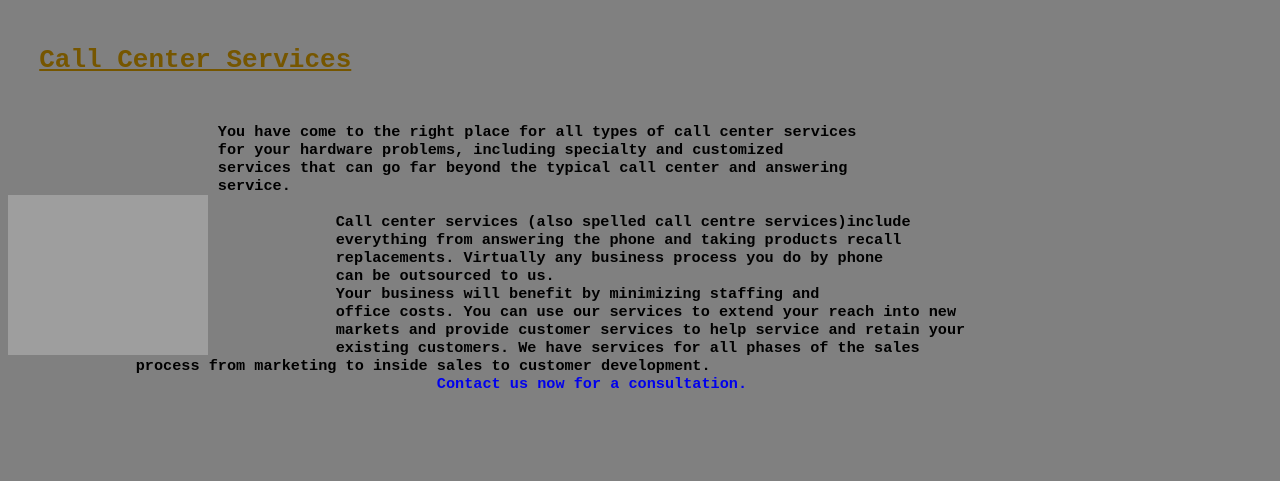
Repository: Ankitr93/CallCenterMgmt
Page: http://localhost/CallCenterManagement/services.jsp
The author's editor kept a copy of each file at every save. The page is drawn from the files as they stood at one save, then again after the next save.
The browser window is 1280 px wide. The pictures show the whole page.
Pictures or frames that could not be fetched are drawn as grey boxes. The page is served by Tomcat 9.

Above is the page before, as saved 2013-07-07 15:58:30.

After the next save:
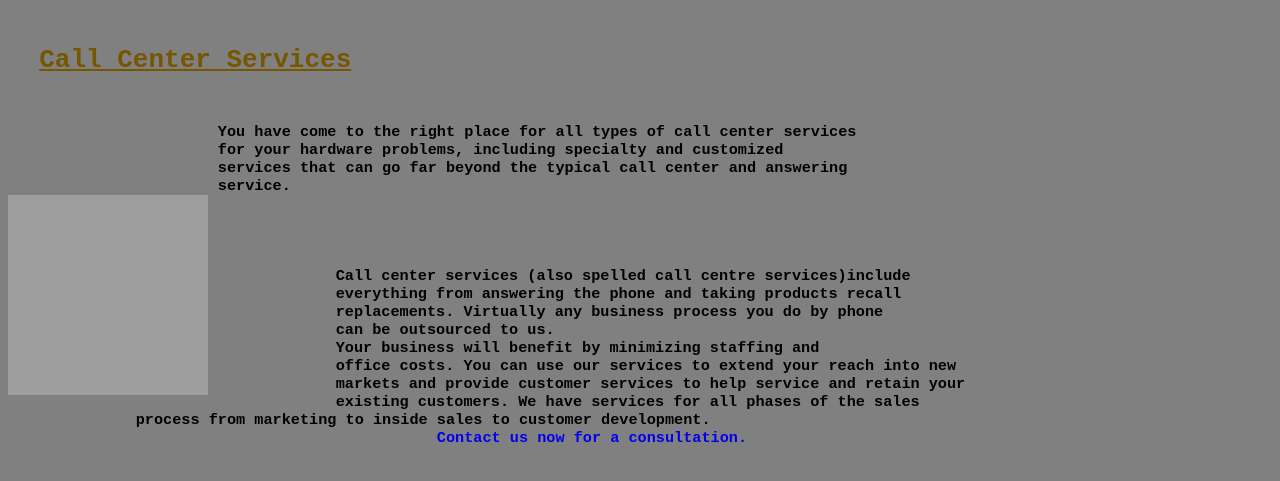
Saved 42 s later.
--- a/CallCenterManagement/CallCenterManagement1/CallCenterManagement/WebContent/services.jsp
+++ b/CallCenterManagement/CallCenterManagement1/CallCenterManagement/WebContent/services.jsp
@@ -15,7 +15,10 @@
                        for your hardware problems, including specialty and customized
                        services that can go far beyond the typical call center and answering
                        service.
-<a><img src="C:\Users\SHAMIK\CallCenterManagement1\1.jpg" height="160"width="200" align="left"></a>
+<a><img src="C:\Users\SHAMIK\CallCenterManagement1\1.jpg" height="200"width="200" align="left"></a>
+
+
+
               Call center services (also spelled call centre services)include
               everything from answering the phone and taking products recall
               replacements. Virtually any business process you do by phone
